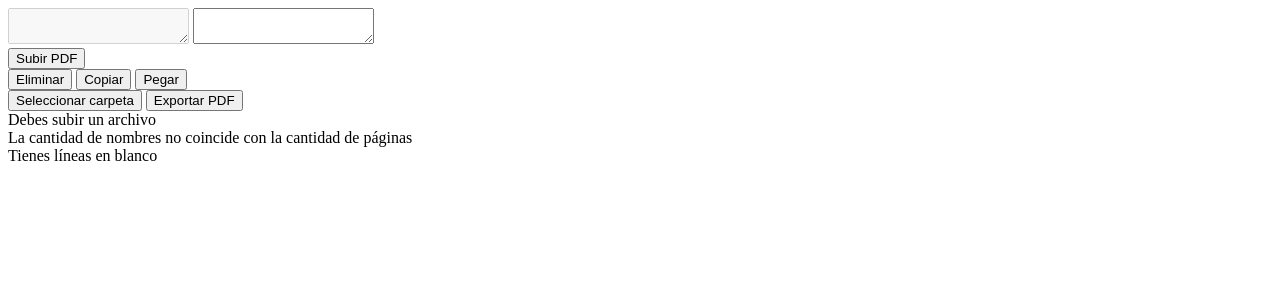
Repository: d3v0l0p3rs/pdf-spliteador
Page: src/index.html
These files come from the project's save history. The page is drawn as it stood at one moment and after the next save; the edit follows.
The browser window is 1280 px wide. The pictures show the whole page.

Above is the page before, as saved 2020-10-21 17:06:00.

### src/index.html
<!DOCTYPE html>
<html>
  <head>
    <meta charset="UTF-8">
    <title>Separador de PDFs</title>
  </head>
  <body>
    <div id="main-content">
      <div id="text-areas">
        <textarea id="number-lines" name="number-lines" disabled></textarea>
        <textarea id="name-lines" name="name-lines"></textarea>
      </div>
      <div id="actions">
        <div id="buttons">
          <button type="button" id="upload-pdf" class="action-row btn btn-primary">Subir PDF</button>
          <input type="file" id="upload-pdf-input" name="upload-pdf" accept=".pdf" class="action-row btn btn-primary" style="display:none;">
          <div id="text-actions" class="action-row btn-group" role="group">
            <button type="button" id="delete-text" class="text-action btn btn-danger">Eliminar</button>
            <button type="button" id="copy-text" class="text-action btn btn-info">Copiar</button>
            <button type="button" id="paste-text" class="text-action btn btn-warning">Pegar</button>
          </div>
          <button type="button" id="choose-folder" class="action-row btn btn-primary">Seleccionar carpeta</button>
          <button type="button" id="export-pdf" class="action-row btn btn-primary">Exportar PDF</button>
        </div>
        <div id="messages">
          <div id="upload-file-warning" class="alert alert-warning" role="alert">
            Debes subir un archivo
          </div>
          <div id="not-line-match-warning" class="alert alert-warning" role="alert">
            La cantidad de nombres no coincide con la cantidad de páginas
          </div>
          <div id="blank-lines-warning" class="alert alert-warning" role="alert">
            Tienes líneas en blanco
          </div>
        </div>
      </div>
    </div>
  </body>
</html>

After the next save:
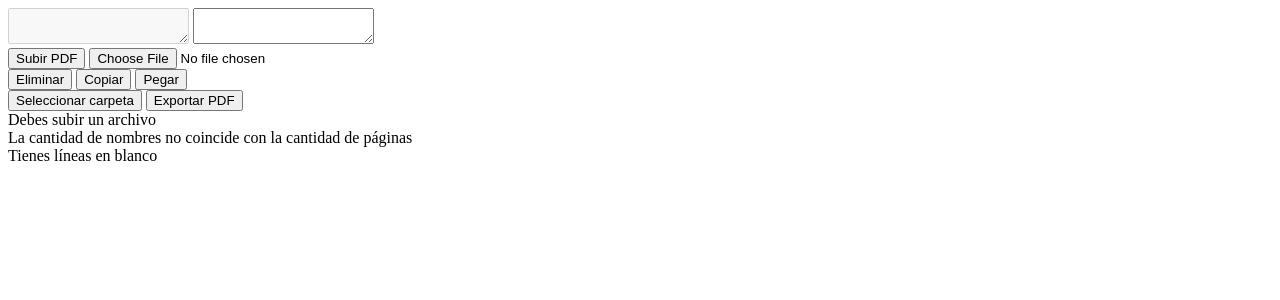
Saved 2 min 5 s later.
--- a/src/index.html
+++ b/src/index.html
@@ -13,7 +13,7 @@
       <div id="actions">
         <div id="buttons">
           <button type="button" id="upload-pdf" class="action-row btn btn-primary">Subir PDF</button>
-          <input type="file" id="upload-pdf-input" name="upload-pdf" accept=".pdf" class="action-row btn btn-primary" style="display:none;">
+          <input type="file" id="upload-pdf-input" name="upload-pdf" accept=".pdf" class="action-row btn btn-primary hide">
           <div id="text-actions" class="action-row btn-group" role="group">
             <button type="button" id="delete-text" class="text-action btn btn-danger">Eliminar</button>
             <button type="button" id="copy-text" class="text-action btn btn-info">Copiar</button>
@@ -23,13 +23,13 @@
           <button type="button" id="export-pdf" class="action-row btn btn-primary">Exportar PDF</button>
         </div>
         <div id="messages">
-          <div id="upload-file-warning" class="alert alert-warning" role="alert">
+          <div id="upload-file-warning" class="alert alert-warning hide" role="alert">
             Debes subir un archivo
           </div>
-          <div id="not-line-match-warning" class="alert alert-warning" role="alert">
+          <div id="not-line-match-warning" class="alert alert-warning hide" role="alert">
             La cantidad de nombres no coincide con la cantidad de páginas
           </div>
-          <div id="blank-lines-warning" class="alert alert-warning" role="alert">
+          <div id="blank-lines-warning" class="alert alert-warning hide" role="alert">
             Tienes líneas en blanco
           </div>
         </div>

After the save that followed:
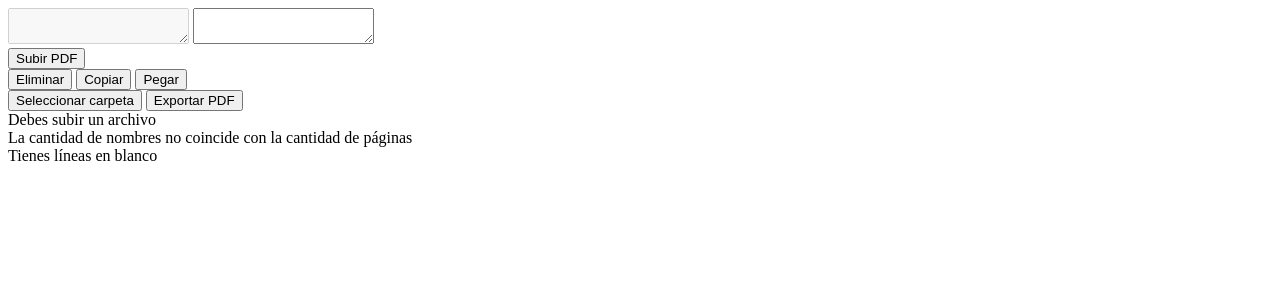
Saved 54 s later.
--- a/src/index.html
+++ b/src/index.html
@@ -13,7 +13,7 @@
       <div id="actions">
         <div id="buttons">
           <button type="button" id="upload-pdf" class="action-row btn btn-primary">Subir PDF</button>
-          <input type="file" id="upload-pdf-input" name="upload-pdf" accept=".pdf" class="action-row btn btn-primary hide">
+          <input type="file" id="upload-pdf-input" name="upload-pdf" accept=".pdf" class="action-row btn btn-primary" style="display: none;">
           <div id="text-actions" class="action-row btn-group" role="group">
             <button type="button" id="delete-text" class="text-action btn btn-danger">Eliminar</button>
             <button type="button" id="copy-text" class="text-action btn btn-info">Copiar</button>
